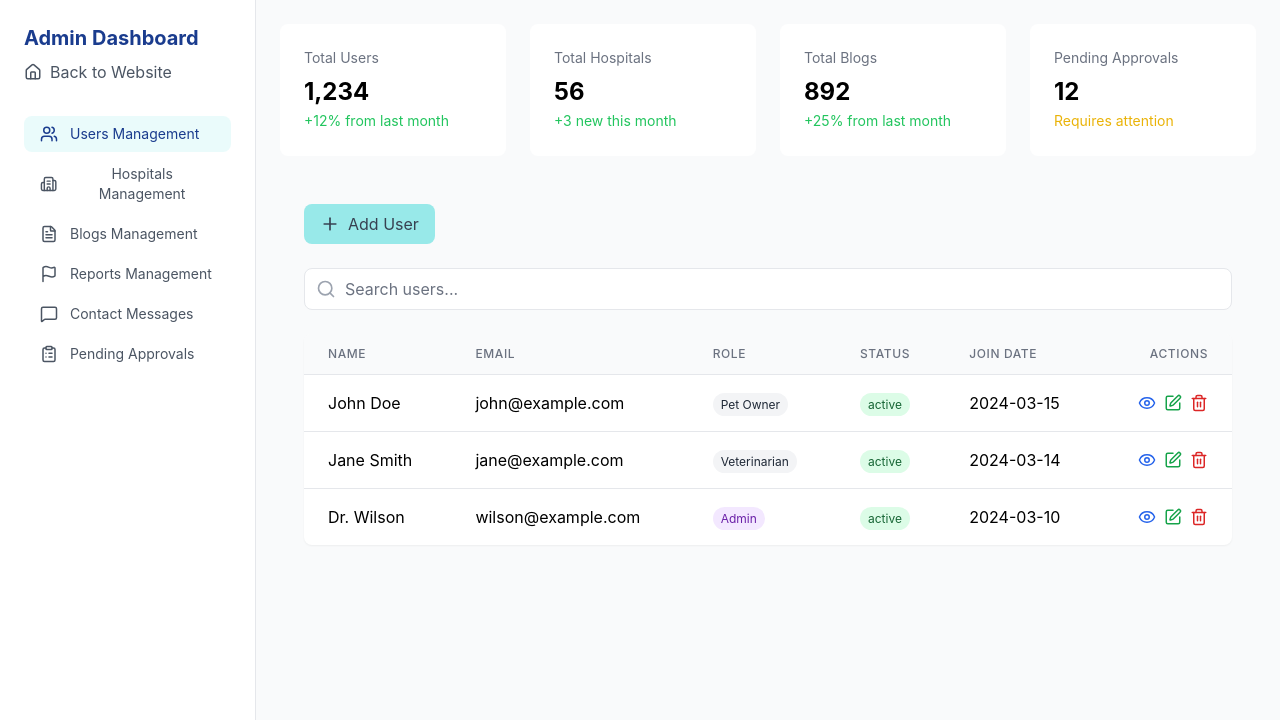
Repository: ZSayless/MyPetDoc
Page: /admin
The author's editor kept a copy of each file at every save. The page is drawn from the files as they stood at one save, then again after the next save.
The browser window is 1280 px wide. The pictures show the whole page.
The project was rebuilt for these pictures with package versions that can differ from the ones it lists, and the page was loaded fresh each time. Also part of the build but not shown: vite.config.js, src/core/ButtonLink.js, src/components/register/SelectRoleModal.js, src/services/authService.js, src/components/register/Register.js, src/core/Overlay.js, src/components/login/Login.js, src/components/layout/Header.js and 40 more.

Above is the page before, as saved 2025-01-16 10:17:09.

### src/index.js
import React from "react";
import ReactDOM from "react-dom/client";
import "./index.css";
import App from "./App";
import { BrowserRouter } from "react-router-dom";
import { Provider } from "react-redux";
import { store } from "./redux/store";

const root = ReactDOM.createRoot(document.getElementById("root"));
root.render(
  <React.StrictMode>
    <BrowserRouter>
      <Provider store={store}>
        <App />
      </Provider>
    </BrowserRouter>
  </React.StrictMode>
);

### src/index.css
@tailwind base;
@tailwind components;
@tailwind utilities;

/* Custom styles for form inputs */
[type="text"],
[type="email"],
[type="password"] {
  @apply border-gray-300 focus:border-blue-500 focus:ring-blue-500 rounded-md shadow-sm;
}

body {
  margin: 0;
  font-family: -apple-system, BlinkMacSystemFont, "Segoe UI", "Roboto", "Oxygen",
    "Ubuntu", "Cantarell", "Fira Sans", "Droid Sans", "Helvetica Neue",
    sans-serif;
  -webkit-font-smoothing: antialiased;
  -moz-osx-font-smoothing: grayscale;
}

code {
  font-family: source-code-pro, Menlo, Monaco, Consolas, "Courier New",
    monospace;
}

### src/redux/store.js
import { configureStore } from "@reduxjs/toolkit";
import communityReducer from "./slices/communitySlice";
import adminReducer from "./slices/adminSlice";

export const store = configureStore({
  reducer: {
    community: communityReducer,
    admin: adminReducer,
  },
});

### src/assets/css/style.css
@tailwind base;
@tailwind components;
@tailwind utilities;

body {
  margin: 0px;
  padding: 0px;
}

html {
  font-family: "Helvetica Neue", Helvetica, Arial, sans-serif;
}

/* Footer Styles */
footer {
  background-color: #1a1a1a !important;
}

.footer-logo {
  height: 40px;
  width: auto;
}

footer .social-icons a {
  color: #fff;
  background: rgba(255, 255, 255, 0.1);
  width: 35px;
  height: 35px;
  display: inline-flex;
  align-items: center;
  justify-content: center;
  border-radius: 50%;
  transition: all 0.3s ease;
}

footer .social-icons a:hover {
  background: #6f42c1;
  transform: translateY(-3px);
}

footer .subscribe-form input {
  border: 1px solid rgba(255, 255, 255, 0.1);
  padding: 10px 15px;
}

footer .subscribe-form input:focus {
  box-shadow: none;
  border-color: #6f42c1;
}

footer .subscribe-form button {
  background: #6f42c1;
  border: none;
  padding: 10px 25px;
  width: 100%;
}

footer .subscribe-form button:hover {
  background: #5a32a3;
}

footer a.text-secondary:hover {
  color: #6f42c1 !important;
}

.hero-section {
  background-image: url("https://bizmap.dexignzone.com/react/demo/static/media/slide1.472de18a.jpg");
  background-size: cover;
  background-position: center;
  background-repeat: no-repeat;
}

.shadownHomeActive {
  color: #fff;
  box-shadow: 0 0 0 3px hsla(0, 0%, 100%, 0.2);
  background-color: rgb(147 51 234 / var(--tw-bg-opacity, 1));
}
.shadownHome:hover {
  border: none;
  box-shadow: 0 0 0 3px hsla(0, 0%, 100%, 0.2);
}
.btn__contact {
  background: hsla(0, 0%, 100%, 0.2);
  border: 1px solid hsla(0, 0%, 100%, 0.2);
}

.contact__card {
  border: 1px solid #e1e6eb;
  border-radius: 4px;
  box-shadow: 0 4px 6px 0 rgba(0, 0, 0, 0.05);
}
.contact__icon {
  box-shadow: 0 0 0 5px rgba(70, 17, 167, 0.1),
    0 0 0 10px rgba(70, 17, 167, 0.1);
}
.contact__form input {
  box-shadow: 0 4px 6px 0 rgba(0, 0, 0, 0.05);
}

.swiper-button-next::after,
.swiper-button-prev::after {
  display: none;
}

.swiper-button-disabled {
  opacity: 0.5;
  cursor: not-allowed;
}

.instagram__img:hover {
  opacity: 0.7;
  transition: all 0.5s;
  -webkit-transition: all 0.5s;
}
.border__category {
  border-bottom: 1px dashed #ecebf5;
}

### src/pages/admin/AdminDashboard.js
import { useState } from "react";
import AdminSidebar from "./AdminSidebar";
import UsersManagement from "./tabs/UsersManagement";
import HospitalsManagement from "./tabs/HospitalsManagement";
import BlogsManagement from "./tabs/BlogsManagement";
import ReportsManagement from "./tabs/ReportsManagement";
import ContactMessages from "./tabs/ContactMessages";
import PendingApprovals from "./tabs/PendingApprovals";

function AdminDashboard() {
  const [activeTab, setActiveTab] = useState("users");

  const renderTab = () => {
    switch (activeTab) {
      case "users":
        return <UsersManagement />;
      case "hospitals":
        return <HospitalsManagement />;
      case "blogs":
        return <BlogsManagement />;
      case "reports":
        return <ReportsManagement />;
      case "messages":
        return <ContactMessages />;
      case "pending":
        return <PendingApprovals />;
      default:
        return <UsersManagement />;
    }
  };

  return (
    <div className="flex min-h-screen bg-gray-50">
      {/* Sidebar */}
      <div className="w-64 bg-white border-r">
        <AdminSidebar activeTab={activeTab} setActiveTab={setActiveTab} />
      </div>

      {/* Main Content */}
      <div className="flex-1">
        {/* Stats Cards */}
        <div className="grid grid-cols-4 gap-6 p-6">
          <div className="bg-white rounded-lg p-6">
            <h3 className="text-gray-500 text-sm">Total Users</h3>
            <p className="text-2xl font-bold mt-2">1,234</p>
            <span className="text-green-500 text-sm">+12% from last month</span>
          </div>
          <div className="bg-white rounded-lg p-6">
            <h3 className="text-gray-500 text-sm">Total Hospitals</h3>
            <p className="text-2xl font-bold mt-2">56</p>
            <span className="text-green-500 text-sm">+3 new this month</span>
          </div>
          <div className="bg-white rounded-lg p-6">
            <h3 className="text-gray-500 text-sm">Total Blogs</h3>
            <p className="text-2xl font-bold mt-2">892</p>
            <span className="text-green-500 text-sm">+25% from last month</span>
          </div>
          <div className="bg-white rounded-lg p-6">
            <h3 className="text-gray-500 text-sm">Pending Approvals</h3>
            <p className="text-2xl font-bold mt-2">12</p>
            <span className="text-yellow-500 text-sm">Requires attention</span>
          </div>
        </div>

        {/* Content Area */}
        <div className="px-6 pb-6">{renderTab()}</div>
      </div>
    </div>
  );
}

export default AdminDashboard;

### src/context/AuthContext.js
import React, { createContext, useContext, useState } from "react";

const AuthContext = createContext();

export function AuthProvider({ children }) {
  const [isAuthenticated, setIsAuthenticated] = useState(() => {
    const saved = localStorage.getItem("isAuthenticated");
    return saved === "true";
  });
  const [user, setUser] = useState(() => {
    const saved = localStorage.getItem("user");
    return saved ? JSON.parse(saved) : null;
  });

  const login = (userData) => {
    setIsAuthenticated(true);
    setUser(userData);
    localStorage.setItem("isAuthenticated", "true");
    localStorage.setItem("user", JSON.stringify(userData));
  };

  const logout = () => {
    setIsAuthenticated(false);
    setUser(null);
    localStorage.removeItem("isAuthenticated");
    localStorage.removeItem("user");
  };

  return (
    <AuthContext.Provider value={{ isAuthenticated, user, login, logout }}>
      {children}
    </AuthContext.Provider>
  );
}

export function useAuth() {
  const context = useContext(AuthContext);
  if (!context) {
    throw new Error("useAuth must be used within an AuthProvider");
  }
  return context;
}

### src/redux/slices/communitySlice.js
import { createSlice, createAsyncThunk } from "@reduxjs/toolkit";
import { communityService } from "../../services/communityService";

// Async thunks
export const fetchPosts = createAsyncThunk(
  "community/fetchPosts",
  async ({ page, limit }) => {
    const response = await communityService.getPosts(page, limit);
    return response.data;
  }
);

export const createPost = createAsyncThunk(
  "community/createPost",
  async (postData) => {
    const response = await communityService.createPost(postData);
    return response.data;
  }
);

// ... thêm các thunks khác

const communitySlice = createSlice({
  name: "community",
  initialState: {
    posts: [],
    currentPost: null,
    loading: false,
    error: null,
    page: 1,
    hasMore: true,
  },
  reducers: {
    setCurrentPost: (state, action) => {
      state.currentPost = action.payload;
    },
    clearError: (state) => {
      state.error = null;
    },
  },
  extraReducers: (builder) => {
    builder
      .addCase(fetchPosts.pending, (state) => {
        state.loading = true;
      })
      .addCase(fetchPosts.fulfilled, (state, action) => {
        state.loading = false;
        state.posts = action.payload.data;
        state.hasMore = action.payload.hasMore;
      })
      .addCase(fetchPosts.rejected, (state, action) => {
        state.loading = false;
        state.error = action.error.message;
      });
    // ... thêm các cases khác
  },
});

export const { setCurrentPost, clearError } = communitySlice.actions;
export default communitySlice.reducer;

### src/redux/slices/adminSlice.js
import { createSlice } from "@reduxjs/toolkit";
import {
  mockUsers,
  mockHospitals,
  mockBlogs,
  mockReports,
  mockMessages,
  mockPendingApprovals,
} from "../../data/mockData";

const initialState = {
  users: mockUsers || [],
  hospitals: mockHospitals || [],
  blogs: mockBlogs || [],
  reports: mockReports || [],
  messages: mockMessages || [],
  pendingApprovals:
    [
      {
        id: 1,
        type: "hospital_registration",
        name: "Pet Care Center",
        email: "petcare@example.com",
        status: "pending",
        submittedAt: "2024-03-15",
        details: {
          address: "123 Main St",
          phone: "0123456789",
          services: ["Vaccination", "Surgery", "Grooming"],
          workingHours: {
            weekdays: "8:00 AM - 8:00 PM",
            weekends: "9:00 AM - 6:00 PM",
          },
          images: ["url1", "url2", "url3"],
        },
      },
      // ... other pending approvals
    ] || [],
  loading: false,
  error: null,
};

const adminSlice = createSlice({
  name: "admin",
  initialState,
  reducers: {
    // Users
    addUser: (state, action) => {
      state.users.push(action.payload);
    },
    deleteUser: (state, action) => {
      state.users = state.users.filter((user) => user.id !== action.payload);
    },
    updateUserStatus: (state, action) => {
      const user = state.users.find((u) => u.id === action.payload.userId);
      if (user) {
        user.status = action.payload.status;
      }
    },

    // Hospitals
    approveHospital: (state, action) => {
      const hospital = state.hospitals.find((h) => h.id === action.payload);
      if (hospital) {
        hospital.status = "approved";
      }
    },
    rejectHospital: (state, action) => {
      const hospital = state.hospitals.find((h) => h.id === action.payload);
      if (hospital) {
        hospital.status = "rejected";
      }
    },
    deleteHospital: (state, action) => {
      state.hospitals = state.hospitals.filter((h) => h.id !== action.payload);
    },

    // Blogs
    deleteBlog: (state, action) => {
      state.blogs = state.blogs.filter((blog) => blog.id !== action.payload);
    },
    updateBlogStatus: (state, action) => {
      const blog = state.blogs.find((b) => b.id === action.payload.blogId);
      if (blog) {
        blog.status = action.payload.status;
      }
    },

    // Reports
    resolveReport: (state, action) => {
      const report = state.reports.find((r) => r.id === action.payload);
      if (report) {
        report.status = "resolved";
      }
    },
    dismissReport: (state, action) => {
      const report = state.reports.find((r) => r.id === action.payload);
      if (report) {
        report.status = "dismissed";
      }
    },

    // Messages
    deleteMessage: (state, action) => {
      state.messages = state.messages.filter((m) => m.id !== action.payload);
    },
    markMessageAsRead: (state, action) => {
      const message = state.messages.find((m) => m.id === action.payload);
      if (message) {
        message.status = "read";
      }
    },

    // Pending Approvals
    approvePending: (state, action) => {
      const item = state.pendingApprovals.find((i) => i.id === action.payload);
      if (item) {
        item.status = "approved";
      }
    },
    rejectPending: (state, action) => {
      const item = state.pendingApprovals.find((i) => i.id === action.payload);
      if (item) {
        item.status = "rejected";
      }
    },
    deletePending: (state, action) => {
      state.pendingApprovals = state.pendingApprovals.filter(
        (item) => item.id !== action.payload
      );
    },
  },
});

export const {
  addUser,
  deleteUser,
  updateUserStatus,
  approveHospital,
  rejectHospital,
  deleteHospital,
  deleteBlog,
  updateBlogStatus,
  resolveReport,
  dismissReport,
  deleteMessage,
  markMessageAsRead,
  approvePending,
  rejectPending,
  deletePending,
} = adminSlice.actions;

export default adminSlice.reducer;

### src/pages/admin/AdminSidebar.js
import { Link } from "react-router-dom";
import {
  Users,
  Building2,
  FileText,
  Flag,
  MessageSquare,
  ClipboardList,
  Home,
} from "lucide-react";

function AdminSidebar({ activeTab, setActiveTab }) {
  const tabs = [
    { id: "users", name: "Users Management", icon: Users },
    { id: "hospitals", name: "Hospitals Management", icon: Building2 },
    { id: "blogs", name: "Blogs Management", icon: FileText },
    { id: "reports", name: "Reports Management", icon: Flag },
    { id: "messages", name: "Contact Messages", icon: MessageSquare },
    { id: "pending", name: "Pending Approvals", icon: ClipboardList },
  ];

  return (
    <div className="h-full p-6">
      <h1 className="text-[#1A3C8E] text-xl font-bold mb-2">Admin Dashboard</h1>
      <Link
        to="/"
        className="inline-flex items-center gap-2 text-gray-600 hover:text-[#1A3C8E] mb-8"
      >
        <Home size={18} />
        <span>Back to Website</span>
      </Link>

      <nav className="space-y-1">
        {tabs.map((tab) => {
          const Icon = tab.icon;
          return (
            <button
              key={tab.id}
              onClick={() => setActiveTab(tab.id)}
              className={`w-full flex items-center gap-3 px-4 py-2 rounded-lg text-sm transition-colors ${
                activeTab === tab.id
                  ? "bg-[#98E9E9]/20 text-[#1A3C8E]"
                  : "text-gray-600 hover:bg-gray-50"
              }`}
            >
              <Icon size={18} />
              <span>{tab.name}</span>
            </button>
          );
        })}
      </nav>
    </div>
  );
}

export default AdminSidebar;

### src/services/communityService.js
import axios from "axios";

const BASE_URL = process.env.REACT_APP_API_URL;

export const communityService = {
  // Posts
  getPosts: (page = 1, limit = 10) =>
    axios.get(`${BASE_URL}/posts?page=${page}&limit=${limit}`),

  getPostById: (postId) => axios.get(`${BASE_URL}/posts/${postId}`),

  createPost: (data) => axios.post(`${BASE_URL}/posts`, data),

  updatePost: (postId, data) => axios.put(`${BASE_URL}/posts/${postId}`, data),

  deletePost: (postId) => axios.delete(`${BASE_URL}/posts/${postId}`),

  // Comments
  getComments: (postId) => axios.get(`${BASE_URL}/posts/${postId}/comments`),

  addComment: (postId, data) =>
    axios.post(`${BASE_URL}/posts/${postId}/comments`, data),

  deleteComment: (commentId) =>
    axios.delete(`${BASE_URL}/comments/${commentId}`),

  // Likes
  likePost: (postId) => axios.post(`${BASE_URL}/posts/${postId}/like`),

  unlikePost: (postId) => axios.delete(`${BASE_URL}/posts/${postId}/like`),

  // Reports
  reportPost: (postId, reason) =>
    axios.post(`${BASE_URL}/posts/${postId}/report`, { reason }),
};

### src/data/mockData.js
export const mockUsers = [
  {
    id: 1,
    name: "John Doe",
    email: "john@example.com",
    role: "Pet Owner",
    status: "active",
    joinDate: "2024-03-15",
  },
  {
    id: 2,
    name: "Jane Smith",
    email: "jane@example.com",
    role: "Veterinarian",
    status: "active",
    joinDate: "2024-03-14",
  },
  {
    id: 3,
    name: "Dr. Wilson",
    email: "wilson@example.com",
    role: "Admin",
    status: "active",
    joinDate: "2024-03-10",
  },
];

export const mockHospitals = [
  {
    id: 1,
    name: "Pet Care Center",
    address: "123 Main St",
    phone: "0123456789",
    email: "petcare@example.com",
    status: "pending",
    rating: 4.5,
    joinDate: "2024-03-15",
  },
  {
    id: 2,
    name: "Animal Hospital",
    address: "456 Oak St",
    phone: "0987654321",
    email: "animalhospital@example.com",
    status: "approved",
    rating: 4.8,
    joinDate: "2024-03-10",
  },
];

export const mockBlogs = [
  {
    id: 1,
    title: "Essential Pet Vaccinations Guide",
    author: "Dr. John Smith",
    category: "Pet Health",
    content: "Detailed guide about pet vaccinations...",
    status: "published",
    views: 1234,
    publishDate: "2024-03-15",
  },
  {
    id: 2,
    title: "Common Pet Behavior Issues",
    author: "Dr. Sarah Johnson",
    category: "Pet Behavior",
    content: "Understanding pet behavior problems...",
    status: "draft",
    views: 0,
    publishDate: "-",
  },
];

export const mockReports = [
  {
    id: 1,
    type: "comment",
    content: "Inappropriate comment on blog post",
    reportedItem: "Comment on 'Pet Nutrition Guide'",
    reportedBy: "John Doe",
    reportedAt: "2024-03-15",
    status: "pending",
  },
  {
    id: 2,
    type: "review",
    content: "False review information",
    reportedItem: "Review for PetCare Hospital",
    reportedBy: "Jane Smith",
    reportedAt: "2024-03-14",
    status: "resolved",
  },
];

export const mockMessages = [
  {
    id: 1,
    name: "John Doe",
    email: "john@example.com",
    subject: "Question about services",
    message: "I have a question about your pet vaccination services...",
    status: "unread",
    createdAt: "2024-03-15",
  },
  {
    id: 2,
    name: "Jane Smith",
    email: "jane@example.com",
    subject: "Feedback",
    message: "I wanted to share my experience...",
    status: "read",
    createdAt: "2024-03-14",
  },
];

export const mockPendingApprovals = [
  {
    id: 1,
    type: "hospital",
    name: "Pet Care Center",
    email: "petcare@example.com",
    status: "pending",
    submittedAt: "2024-03-15",
    details: {
      address: "123 Main St",
      phone: "0123456789",
      license: "LICENSE123",
      services: ["Vaccination", "Surgery", "Grooming"],
    },
  },
  {
    id: 2,
    type: "veterinarian",
    name: "Dr. Sarah Wilson",
    email: "sarah.wilson@example.com",
    status: "pending",
    submittedAt: "2024-03-14",
    details: {
      license: "VET456",
      specialization: "Small Animals",
      experience: "5 years",
      certifications: ["ACVS", "ACVIM"],
    },
  },
];

### tailwind.config.js
/** @type {import('tailwindcss').Config} */
module.exports = {
  content: ["./src/**/*.{js,jsx,ts,tsx}"],
  theme: {
    extend: {},
  },
  plugins: [require("@tailwindcss/forms"), require("@tailwindcss/typography")],
};

Loaded but not shown: public/index.html (common file); src/components/common/ScrollToTop.js (common file); src/pages/admin/tabs/UsersManagement.js (359 lines, source omitted); src/App.js (239 lines, source omitted); src/components/blog/BlogDetail.js (empty); src/components/community/CommunityList.js (empty)

After the next save:
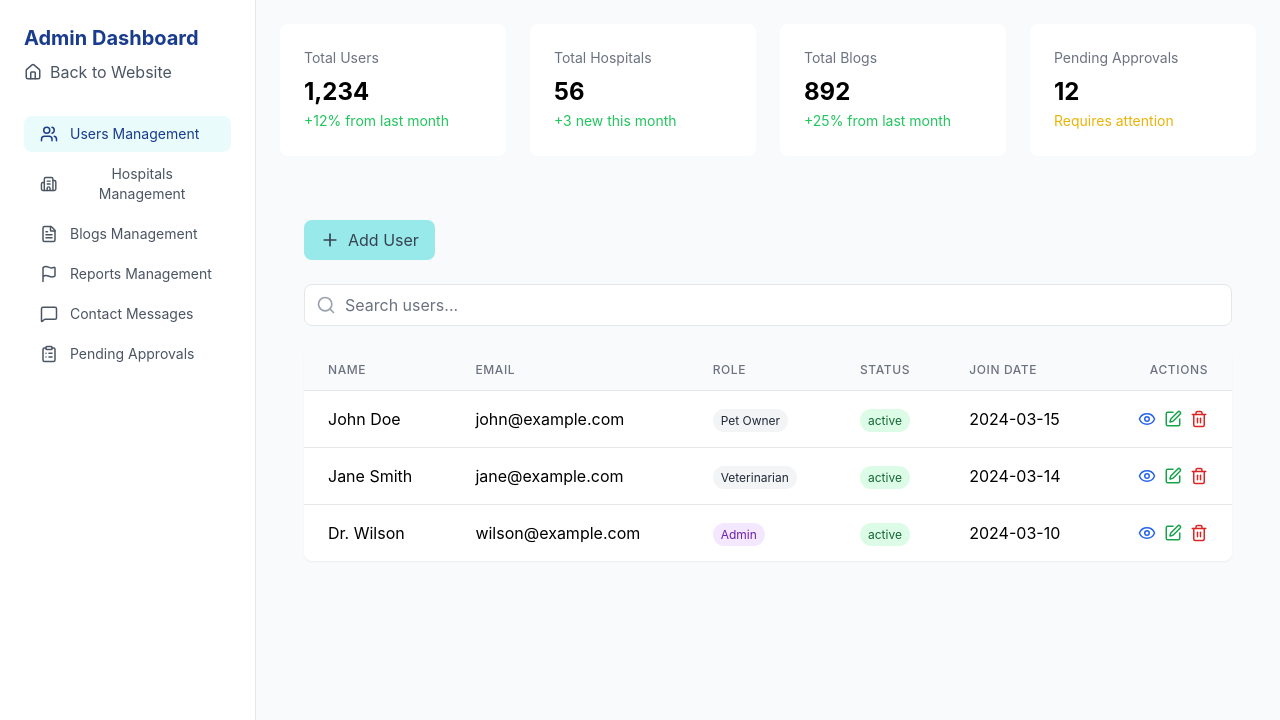
Saved 81 s later.
--- a/src/pages/admin/AdminDashboard.js
+++ b/src/pages/admin/AdminDashboard.js
@@ -6,9 +6,11 @@ import BlogsManagement from "./tabs/BlogsManagement";
 import ReportsManagement from "./tabs/ReportsManagement";
 import ContactMessages from "./tabs/ContactMessages";
 import PendingApprovals from "./tabs/PendingApprovals";
+import { Menu } from "lucide-react";
 
 function AdminDashboard() {
   const [activeTab, setActiveTab] = useState("users");
+  const [isSidebarOpen, setIsSidebarOpen] = useState(false);
 
   const renderTab = () => {
     switch (activeTab) {
@@ -31,39 +33,59 @@ function AdminDashboard() {
 
   return (
     <div className="flex min-h-screen bg-gray-50">
+      {/* Mobile Menu Button */}
+      <button
+        className="md:hidden fixed top-4 left-4 z-50 p-2 bg-white rounded-lg shadow-md"
+        onClick={() => setIsSidebarOpen(!isSidebarOpen)}
+      >
+        <Menu size={20} />
+      </button>
+
       {/* Sidebar */}
-      <div className="w-64 bg-white border-r">
+      <div
+        className={`fixed md:static inset-y-0 left-0 z-40 w-64 bg-white border-r transform transition-transform duration-200 ease-in-out ${
+          isSidebarOpen ? "translate-x-0" : "-translate-x-full"
+        } md:translate-x-0`}
+      >
         <AdminSidebar activeTab={activeTab} setActiveTab={setActiveTab} />
       </div>
+
+      {/* Overlay for mobile */}
+      {isSidebarOpen && (
+        <div
+          className="md:hidden fixed inset-0 bg-black/50 z-30"
+          onClick={() => setIsSidebarOpen(false)}
+        />
+      )}
 
       {/* Main Content */}
       <div className="flex-1">
         {/* Stats Cards */}
-        <div className="grid grid-cols-4 gap-6 p-6">
-          <div className="bg-white rounded-lg p-6">
+        <div className="grid grid-cols-1 sm:grid-cols-2 md:grid-cols-4 gap-4 md:gap-6 p-4 md:p-6">
+          <div className="bg-white rounded-lg p-4 md:p-6">
             <h3 className="text-gray-500 text-sm">Total Users</h3>
-            <p className="text-2xl font-bold mt-2">1,234</p>
+            <p className="text-xl md:text-2xl font-bold mt-2">1,234</p>
             <span className="text-green-500 text-sm">+12% from last month</span>
           </div>
-          <div className="bg-white rounded-lg p-6">
+          <div className="bg-white rounded-lg p-4 md:p-6">
             <h3 className="text-gray-500 text-sm">Total Hospitals</h3>
-            <p className="text-2xl font-bold mt-2">56</p>
+            <p className="text-xl md:text-2xl font-bold mt-2">56</p>
             <span className="text-green-500 text-sm">+3 new this month</span>
           </div>
-          <div className="bg-white rounded-lg p-6">
+          <div className="bg-white rounded-lg p-4 md:p-6">
             <h3 className="text-gray-500 text-sm">Total Blogs</h3>
-            <p className="text-2xl font-bold mt-2">892</p>
+            <p className="text-xl md:text-2xl font-bold mt-2">892</p>
             <span className="text-green-500 text-sm">+25% from last month</span>
           </div>
-          <div className="bg-white rounded-lg p-6">
+          <div className="bg-white rounded-lg p-4 md:p-6">
             <h3 className="text-gray-500 text-sm">Pending Approvals</h3>
-            <p className="text-2xl font-bold mt-2">12</p>
+            <p className="text-xl md:text-2xl font-bold mt-2">12</p>
             <span className="text-yellow-500 text-sm">Requires attention</span>
           </div>
         </div>
 
         {/* Content Area */}
-        <div className="px-6 pb-6">{renderTab()}</div>
+        <div className="p-4 md:px-6 md:pb-6">{renderTab()}</div>
       </div>
     </div>
   );
